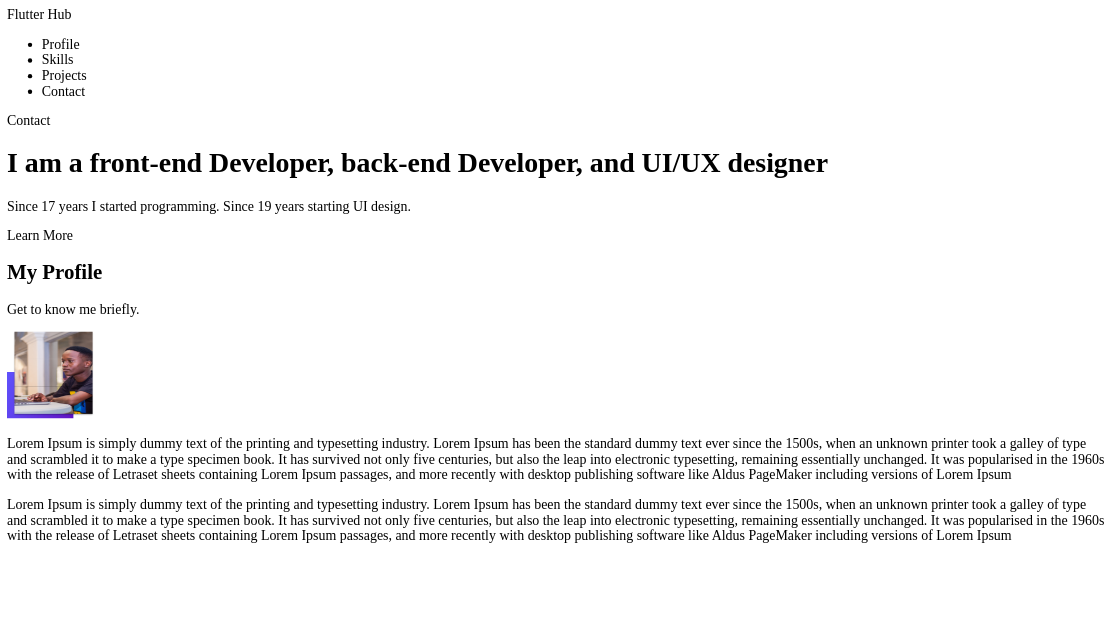
Repository: fhub-1/tutorial
Page: /
An editor plug-in stored every save of this project. The page is shown before and after the next save, followed by the edit.
The browser window is 1280 px wide. The pictures show the whole page, at 87% of full size.
The project was rebuilt for these pictures with package versions that can differ from the ones it lists, and the page was loaded fresh each time. The framework's server and built-in components were replaced by stand-ins that run in the browser. Also part of the build but not shown: next.config.js.

Above is the page before, as saved 2021-06-22 15:05:35.

### pages/_app.js
//adding tailwindcss file
import "tailwindcss/tailwind.css"
import Head from "next/head"


function MyApp({ Component, pageProps }) {
  return (
    //monday adding same files and google fonts
    <>
      <Head>
       <link rel="preconnect" href="https://fonts.gstatic.com" />
       <link href="https://fonts.googleapis.com/css2?family=IBM+Plex+Serif:ital,wght@0,300;0,400;0,500;0,600;0,700;1,300;1,400;1,500;1,600;1,700&display=swap" rel="stylesheet" />
       <link href="https://fonts.googleapis.com/css2?family=IBM+Plex+Serif:ital,wght@0,300;0,400;0,500;0,600;0,700;1,300;1,400;1,500;1,600;1,700&family=Source+Code+Pro:ital,wght@0,400;0,500;0,600;0,700;1,400;1,500;1,600&display=swap" rel="stylesheet"  />
      </Head>
      <Component {...pageProps} />
      </>
  );
}

export default MyApp;

### pages/index.js
import Nav from "../components/Nav"
import Logo from "../components/Logo"
import Button from "../components/Button"
import Image from 'next/image'


export default function Home() {

  return (
    <>
      {/* starting on the hero section */}
      {/* working on the hero background on the hero section */}
      <div className="bg-hero  h-[700px] bg-repeat-round">
        <div className="container mx-auto">
          <div className="flex  items-center py-10">
            <div className="w-3/12 ">
              {/* bring logo from logo js */}
              <Logo />
            </div>
            <div className="w-6/12">
              {/* create new file nav js copy the code */}
              <Nav />
            </div>
            <div className="w-3/12 text-right">
              <Button variant="outline-b  lue">Contact</Button>
            </div>
            </div>
          <div className="text-center mt-18">
            <h1 className=" text-3xl  text-white font-semibold font-mono w-5/12 mx-auto leading-relaxed">
            I am a front-end Developer, back-end Developer, and  UI/UX designer
            </h1>
            <p className="text-white text-opacity-60 text-lg mt-6 mx-auto w-4/12 leading-relaxed">Since 17 years I started programming. Since 19 years starting UI design.</p>
            <Button variant="yellow" className="mt-10 text-center">Learn More</Button>
          </div>
          </div>
      </div>
      {/* end of the hero */}

      {/* profile section */}
      <section className="py-28">
        <div className="containeter mx-auto">
          <h2 className="text-2xl font-semi font-mono text-center font-bold">My Profile</h2>
          <p className="text-center text-gray-400 text-lg mt-2">Get to know me briefly.</p>
          <div className="flex">
            <div className="w-4/12">
              <Image
                src="/me.png"
                width={100}
                height={100}
                alt="profile image"
                className="w-full pr-10" />
                {/* <img src="/me.png" className="w-full"/> */}
            </div>
            <div className="w-8/12">
              <p className="text-lg">Lorem Ipsum is simply dummy text of the printing and typesetting industry. Lorem Ipsum has been the  standard dummy text ever since the 1500s, when an unknown printer took a galley of type and scrambled it to make a type specimen book. It has survived not only five centuries, but also the leap into electronic typesetting, remaining essentially unchanged. It was popularised in the 1960s with the release of Letraset sheets containing Lorem Ipsum passages, and more recently with desktop publishing software like Aldus PageMaker including versions of Lorem Ipsum</p>
              <p className="text-lg">Lorem Ipsum is simply dummy text of the printing and typesetting industry. Lorem Ipsum has been the  standard dummy text ever since the 1500s, when an unknown printer took a galley of type and scrambled it to make a type specimen book. It has survived not only five centuries, but also the leap into electronic typesetting, remaining essentially unchanged. It was popularised in the 1960s with the release of Letraset sheets containing Lorem Ipsum passages, and more recently with desktop publishing software like Aldus PageMaker including versions of Lorem Ipsum</p>
            </div>
          </div>
        </div>
      </section>
      {/* end of profile section */}
    </>

  )
}

### components/Nav.js
import NavItems from "./NavItems"
export default function Nav() {
    return (
        <ul className="flex  justify-center space-x-10  py-20">
                {/* creating deffernts file form naveitems */}
                <NavItems >Profile</NavItems>
                <NavItems >Skills</NavItems>
                <NavItems >Projects</NavItems>
                <NavItems >Contact </NavItems>
                {/* end of top navbar */}
              </ul>
    )
}

### components/Logo.js
export default function Logo() {
    return (
        <div className="text-white uppercase text-2xl font-semibold tracking-widest">
         Flutter Hub
        </div>
    )
}

### components/Button.js
export default function Button({ className,variant, children }) {
    const addClassName = className ? `${className}` : "";

    const variants = {
        "outline-yellow": `border border-yellow text-yellow-500`,
        "yellow": "bg-yellow-500 text-black"
    };

    const pickedVariant = variants[variant];

    return (
        <a className={`border  text-yellow-100 border-yellow-500  py-3 px-10  text-lg font-semibold rounded-full inline-block ${pickedVariant}${addClassName}`}>
            {children}
        </a>
    );
}

### components/NavItems.js
export default function NavItems({children}) {
    return (
        <li><a className="text-white  text-lg  text-opacity-60  font-semibold">{children}</a></li>

    )
}

After the next save:
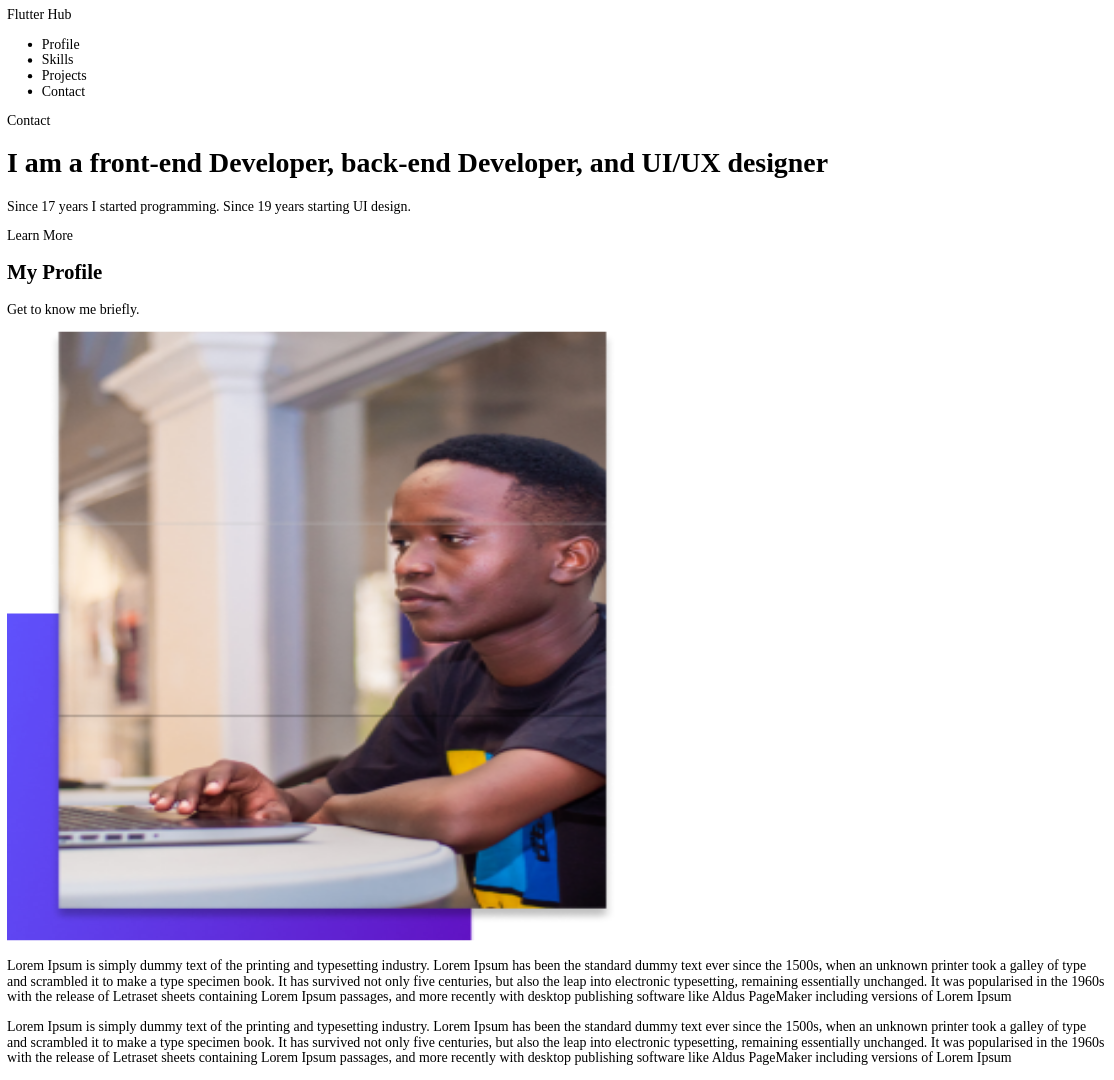
Saved 14 s later.
--- a/pages/index.js
+++ b/pages/index.js
@@ -45,8 +45,8 @@
             <div className="w-4/12">
               <Image
                 src="/me.png"
-                width={100}
-                height={100}
+                width={700}
+                height={700}
                 alt="profile image"
                 className="w-full pr-10" />
                 {/* <img src="/me.png" className="w-full"/> */}
